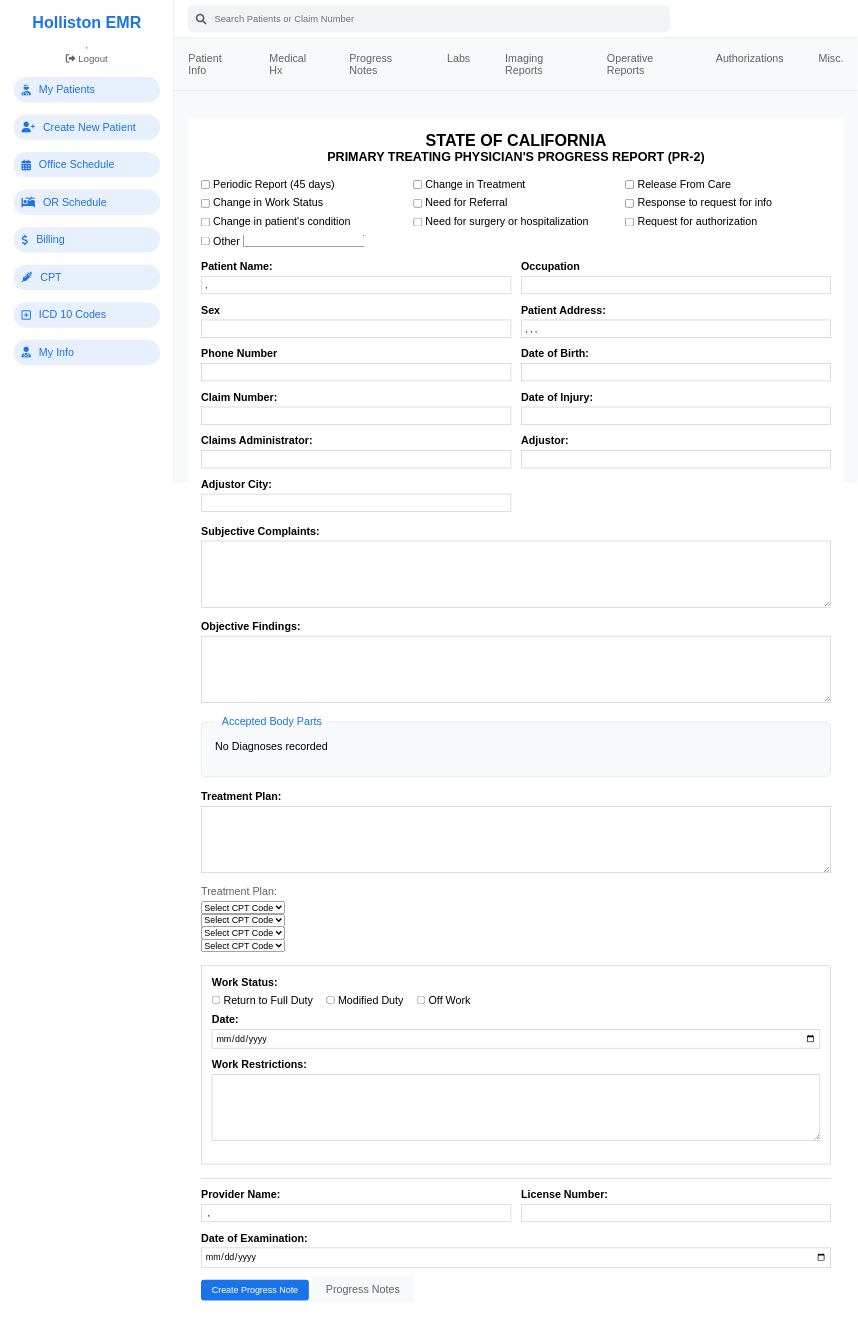
Repository: DavidG626/Flask-Project
Page: templates/create_progress_note.html
An editor plug-in stored every save of this project. The page is shown before and after the next save, followed by the edit.
The browser window is 1280 px wide. The pictures show the whole page, at 67% of full size.
Some web libraries are served in a nearby version. The page is served by the project's application, run on Flask 3 (tempCodeRunnerFile.py). Other server files are loaded and not shown. The template is opened directly, without the code that normally fills it, so the values that code supplies are empty.

Above is the page before, as saved 2025-03-13 22:25:26.

### templates/create_progress_note.html
<!DOCTYPE html>
<html lang="en">
<head>
   <meta charset="UTF-8">
   <meta name="viewport" content="width=device-width, initial-scale=1.0">
   <title>Create Progress Note</title>
   <link rel="stylesheet" type="text/css" href="/static/dashboard.css">
   <link rel="stylesheet" type="text/css" href="/static/patient_info.css">
   <link rel="stylesheet" type="text/css" href="/static/pr2.css">
   <link href="https://cdn.jsdelivr.net/npm/select2@4.1.0-rc.0/dist/css/select2.min.css" rel="stylesheet" />
   <script src="https://cdn.jsdelivr.net/npm/jquery@3.6.0/dist/jquery.min.js"></script>
   <script src="https://cdn.jsdelivr.net/npm/select2@4.1.0-rc.0/dist/js/select2.min.js"></script>
   <link href="https://cdnjs.cloudflare.com/ajax/libs/font-awesome/6.0.0/css/all.min.css" rel="stylesheet">
</head>
<body>
   <div class="container">
       <!-- Sidebar -->
       <aside class="sidebar">
           <div class="logo">Holliston EMR</div>
           <div class="logged-user">
               {{ current_user.first_name }} {{ current_user.last_name }}, {{ current_user.medical_title }}
               <a href="{{ url_for('dashboard.logout') }}" class="logout-link">
                   <i class="fas fa-sign-out-alt"></i> Logout
               </a>
           </div>
           <nav>
               <ul>
                   <li class="active">
                       <a href="{{ url_for('dashboard.my_patients') }}">
                           <i class="fas fa-user-injured"></i>My Patients
                       </a>
                   </li>
               </ul>
               <br>
               <ul>
                   <li class="active">
                       <a href="{{ url_for('dashboard.create_patient') }}">
                           <i class="fas fa-user-plus"></i>Create New Patient
                       </a>
                   </li>
               </ul>
               <br>
               <ul>
                   <li class="active"><a href=""><i class="fas fa-calendar-alt"></i>Office Schedule</a></li>
               </ul>
               <br>
               <ul>
                   <li class="active"><a href=""><i class="fas fa-procedures"></i>OR Schedule</a></li>
               </ul>
               <br>
               <ul>
                   <li class="active"><a href=""><i class="fas fa-dollar-sign"></i>Billing</a></li>
               </ul>
               <br>
               <ul>
                   <li class="active">
                       <a href="{{ url_for('cpt.cpt_codes') }}">
                           <i class="fas fa-syringe"></i>CPT
                       </a>
                   </li>
               </ul>
               <br>
               <ul>
                   <li class="active">
                       <a href="{{ url_for('icd10.icd10_codes') }}">
                           <i class="far fa-plus-square"></i>ICD 10 Codes
                       </a>
                   </li>
               </ul>
               <br>
               <ul>
                   <li class="active">
                       <a href="{{ url_for('dashboard.my_info') }}">
                           <i class="fas fa-user-md"></i>My Info
                       </a>
                   </li>
               </ul>
           </nav>
       </aside>

       <!-- Main Content -->
       <main>
           <header>
               <div class="search-bar">
                   <i class="fas fa-search"></i>
                   <form action="{{ url_for('dashboard.my_patients') }}" method="get">
                       <input type="text" name="search" placeholder="Search Patients or Claim Number">
                   </form>
               </div>
           </header>

           <!-- Patient Tabs -->
           <div class="patient-tabs">
                <a href="{{ url_for('dashboard.patient_detail', patient_id=patient.id) }}" class="tab">Patient Info</a>
                <a href="{{ url_for('dashboard.patient_medical_history', patient_id=patient.id) }}" class="tab">Medical Hx</a>
                <a href="{{ url_for('pr2.progress_notes', patient_id=patient.id) }}" class="tab active">Progress Notes</a>
                <a href="{{ url_for('labs.patient_labs', patient_id=patient.id) }}" class="tab">Labs</a>
                <a href="{{ url_for('imaging.patient_imaging', patient_id=patient.id) }}" class="tab">Imaging Reports</a>
                <a href="{{ url_for('operative.patient_operative_reports', patient_id=patient.id) }}" class="tab">Operative Reports</a>
                <a href="{{ url_for('auth.patient_authorizations', patient_id=patient.id) }}" class="tab">Authorizations</a>
                <a href="{{ url_for('misc.patient_misc', patient_id=patient.id) }}" class="tab">Misc.</a>
            </div>

           <div class="content">
            <div class="pr2-form">
                <div class="pr2-header">
                    <h2>STATE OF CALIFORNIA</h2>
                    <h3>PRIMARY TREATING PHYSICIAN'S PROGRESS REPORT (PR-2)</h3>
                </div>

                <form method="POST">
                    <!-- Report Type Section -->
                    <div class="checkbox-grid">
                        <div class="checkbox-item">
                            <input type="checkbox" name="is_periodic_report" id="periodic">
                            <label for="periodic">Periodic Report (45 days)</label>
                        </div>
                        <div class="checkbox-item">
                            <input type="checkbox" name="is_change_in_treatment" id="treatment">
                            <label for="treatment">Change in Treatment</label>
                        </div>
                        <div class="checkbox-item">
                            <input type="checkbox" name="is_release_from_care" id="release">
                            <label for="release">Release From Care</label>
                        </div>
                        <div class="checkbox-item">
                            <input type="checkbox" name="is_change_in_work_status" id="work">
                            <label for="work">Change in Work Status</label>
                        </div>
                        <div class="checkbox-item">
                            <input type="checkbox" name="is_need_for_referral" id="referral">
                            <label for="referral">Need for Referral</label>
                        </div>
                        <div class="checkbox-item">
                            <input type="checkbox" name="is_need_for_referral" id="referral">
                            <label for="referral">Response to request for info</label>
                        </div>
                        <div class="checkbox-item">
                            <input type="checkbox" name="is_need_for_referral" id="referral">
                            <label for="referral">Change in patient's condition</label>
                        </div>
                        <div class="checkbox-item">
                            <input type="checkbox" name="is_need_for_referral" id="referral">
                            <label for="referral">Need for surgery or hospitalization</label>
                        </div>
                        <div class="checkbox-item">
                            <input type="checkbox" name="is_need_for_referral" id="referral">
                            <label for="referral">Request for authorization</label>
                        </div>
                        <div class="checkbox-item">
                            <input type="checkbox" name="is_need_for_referral" id="referral">
                            <label for="referral">Other</label>
                            <input type="text">
                        </div>
                    </div>

                    <!-- Patient Information Section -->
                    <div class="patient-info-grid">
                        <div class="form-field">
                            <label>Patient Name:</label>
                            <input type="text" value="{{ patient.patient_last_name }}, {{ patient.patient_first_name }}" readonly>
                        </div>
                        <div class='form-field'>
                            <label>Occupation</label>
                            <input type="text" value="{{ patient.patient_occupation }}" readonly>
                        </div>

                        <div class='form-field'>
                            <label>Sex</label>
                            <input type="text" value="{{ patient.patient_sex }}" readonly>
                        </div>
                        <div class="form-field">
                            <label>Patient Address:</label>
                            <input type="text" value="{{ patient.patient_address }}, {{ patient.patient_city }}, {{ patient.patient_state }}, {{ patient.patient_zip_code }}" readonly>
                        </div>
                        <div class='form-field'>
                            <label>Phone Number</label>
                            <input type="text" value="{{ patient.patient_occupation }}" readonly>
                        </div>
                        <div class="form-field">
                            <label>Date of Birth:</label>
                            <input type="text" value="{{ patient.patient_date_of_birth.strftime('%m/%d/%Y') }}" readonly>
                        </div>
                        <div class="form-field">
                            <label>Claim Number:</label>
                            <input type="text" value="{{ patient.patient_claim_number }}" readonly>
                        </div>
                        <div class="form-field">
                            <label>Date of Injury:</label>
                            <input type="text" value="{{ patient.patient_date_of_injury.strftime('%m/%d/%Y') }}" readonly>
                        </div>
                        <div class="form-field">
                            <label>Claims Administrator:</label>
                            <input type="text" value="{{ patient.claims_admin.admin_name if patient.claims_admin else '' }}" readonly>
                        </div>
                        <div class="form-field">
                            <label>Adjustor:</label>
                            <input type="text" value="{{ patient.claims_admin.adjustor if patient.claims_admin else '' }}" readonly>
                        </div>
                        <div class="form-field">
                            <label>Adjustor City:</label>
                            <input type="text" value="{{ patient.claims_admin.adjustor_city if patient.claims_admin else '' }}" readonly>
                        </div>
                    </div>

                    <!-- Subjective Section -->
                    <div class="text-area-field">
                        <label>Subjective Complaints:</label>
                        <textarea name="subjective_complaints" required></textarea>
                    </div>

                    <!-- Objective Section -->
                    <div class="text-area-field">
                        <label>Objective Findings:</label>
                        <textarea name="objective_findings" required></textarea>
                    </div>


                    <fieldset>
                        <legend>Accepted Body Parts</legend>
                        <div class="form-group">
                            {% if patient.diagnoses %}
                                {% for diagnosis in patient.diagnoses %}
                                    <div class="info-item">
                                        <strong>{{ diagnosis.code }}</strong> - {{ diagnosis.description }}
                                    </div>
                                {% endfor %}
                            {% else %}
                                <div class="info-item">No Diagnoses recorded</div>
                            {% endif %}
                        </div>
                    </fieldset>






                    <!-- Treatment Plan Section -->
                    <div class="text-area-field">
                        <label>Treatment Plan:</label>
                        <textarea name="treatment_plan" required></textarea>
                    </div>




                    <!-- CPT Code Selection - 4 boxes in a row -->
                    <div class="form-group mt-3">


                            <!-- 4 CPT Code dropdown boxes -->
                            <div class="col-3">
                                <label>Treatment Plan:</label>
                                <select class="form-control" name="cpt_codes">
                                    <option value="">Select CPT Code</option>
                                    {% for cpt in cpt_codes %}
                                    <option value="{{ cpt.id }}">{{ cpt.code }} - {{ cpt.description }}</option>
                                    {% endfor %}
                                </select>
                            </div>
                            <div class="col-3">
                                <select class="form-control" name="cpt_codes">
                                    <option value="">Select CPT Code</option>
                                    {% for cpt in cpt_codes %}
                                    <option value="{{ cpt.id }}">{{ cpt.code }} - {{ cpt.description }}</option>
                                    {% endfor %}
                                </select>
                            </div>
                            <div class="col-3">
                                <select class="form-control" name="cpt_codes">
                                    <option value="">Select CPT Code</option>
                                    {% for cpt in cpt_codes %}
                                    <option value="{{ cpt.id }}">{{ cpt.code }} - {{ cpt.description }}</option>
                                    {% endfor %}
                                </select>
                            </div>
                            <div class="col-3">
                                <select class="form-control" name="cpt_codes">
                                    <option value="">Select CPT Code</option>
                                    {% for cpt in cpt_codes %}
                                    <option value="{{ cpt.id }}">{{ cpt.code }} - {{ cpt.description }}</option>
                                    {% endfor %}
                                </select>
                            </div>
                    </div>



                    <!-- Work Status Section -->
                    <div class="work-status-section">
                        <h4>Work Status:</h4>
                        <div class="work-status-options">
                            <div class="radio-item">
                                <input type="radio" name="work_status" value="full_duty" id="full_duty">
                                <label for="full_duty">Return to Full Duty</label>
                            </div>
                            <div class="radio-item">
                                <input type="radio" name="work_status" value="modified" id="modified">
                                <label for="modified">Modified Duty</label>
                            </div>
                            <div class="radio-item">
                                <input type="radio" name="work_status" value="off_work" id="off_work">
                                <label for="off_work">Off Work</label>
                            </div>
                        </div>
                        <div class="form-field">
                            <label>Date:</label>
                            <input type="date" name="work_status_date">
                        </div>
                        <div class="text-area-field" id="work-restrictions">
                            <label>Work Restrictions:</label>
                            <textarea name="work_restrictions"></textarea>
                        </div>
                    </div>

                    <!-- Provider Information Section -->
                    <div class="provider-section">
                        <div class="form-row">
                            <div class="form-field">
                                <label>Provider Name:</label>
                                <input type="text" value="{{ current_user.first_name }} {{ current_user.last_name }}, {{ current_user.medical_title }}" readonly>
                            </div>
                            <div class="form-field">
                                <label>License Number:</label>
                                <input type="text" value="{{ current_user.medical_license }}" readonly>
                            </div>
                        </div>
                        <div class="form-field">
                            <label>Date of Examination:</label>
                            <input type="date" name="date_of_exam" required>
                        </div>
                    </div><br>

                    <div class="form-buttons">
                        <button type="submit" class="save-btn" onclick="return confirmCreate()">Create Progress Note</button>
                        <a href="{{ url_for('pr2.progress_notes', patient_id=patient.id) }}" class="tab active">Progress Notes</a>
                    </div>

                     <!-- RFA Section - will be shown/hidden with JavaScript -->
        <div id="rfa_section" style="display: none;" class="pr2-form">
            <div class="pr2-header">
                <h3>REQUEST FOR AUTHORIZATION (RFA)</h3>
            </div>
            <div class="checkbox-grid">
                <div class="checkbox-item">
                    <input type="checkbox" id="is_new_request" name="is_new_request" checked>
                    <label for="is_new_request">New Request</label>
                </div>
                <div class="checkbox-item">
                    <input type="checkbox" id="is_resubmission" name="is_resubmission">
                    <label for="is_resubmission">Resubmission - Change in Material Facts</label>
                </div>
                <div class="checkbox-item">
                    <input type="checkbox" id="is_expedited" name="is_expedited">
                    <label for="is_expedited">Expedited Review</label>
                </div>
                <div class="checkbox-item">
                    <input type="checkbox" id="is_oral_confirmation" name="is_oral_confirmation">
                    <label for="is_oral_confirmation">Written confirmation of prior oral request</label>
                </div>
            </div>

            <!-- Selected Diagnoses (auto-populated) -->
            <div class="text-area-field">
                <label>Selected Diagnoses:</label>
                <div id="rfa_diagnoses_display" class="form-field">
                    <!-- Will be populated based on patient diagnoses -->
                    {% if patient.diagnoses %}
                        {% for diagnosis in patient.diagnoses %}
                        <div class="info-item">
                            <input type="hidden" name="rfa_diagnosis_ids[]" value="{{ diagnosis.id }}">
                            <strong>{{ diagnosis.code }}</strong> - {{ diagnosis.description }}
                        </div>
                        {% endfor %}
                    {% else %}
                        <div class="info-item">No Diagnoses recorded</div>
                    {% endif %}
                </div>
            </div>

            <!-- Selected CPT Codes (auto-populated) -->
            <div class="text-area-field">
                <label>Selected CPT Codes:</label>
                <div id="rfa_cpt_codes_display" class="form-field">
                    <!-- Will be populated dynamically by JavaScript -->
                    <div class="info-item text-muted">CPT codes will appear here when selected</div>
                </div>
            </div>

            <!-- Additional Information -->
            <div class="text-area-field">
                <label for="rfa_other_info">Other Information (Frequency, Duration, Quantity):</label>
                <textarea name="rfa_other_info" id="rfa_other_info" rows="2"></textarea>
            </div>
        </div>

                    <!-- JavaScript at the end of the main content -->
        <script>
            document.addEventListener('DOMContentLoaded', function() {
    // Get all CPT code select elements
    const cptSelects = document.querySelectorAll('select[name="cpt_codes"]');
    const rfaSection = document.getElementById('rfa_section');
    const rfaCptCodesDisplay = document.getElementById('rfa_cpt_codes_display');

    // Function to check if any CPT code is selected and update the RFA section
    function updateRfaSection() {
        let hasSelection = false;
        let selectedCptCodes = [];

        // Check each select element
        cptSelects.forEach(function(select) {
            if (select.value) {
                hasSelection = true;

                // Get CPT code details
                const cptId = select.value;
                const cptText = select.options[select.selectedIndex].text;

                // Add to array if not already included
                if (!selectedCptCodes.some(code => code.id === cptId)) {
                    selectedCptCodes.push({
                        id: cptId,
                        text: cptText
                    });
                }
            }
        });

        // Show or hide RFA section
        if (hasSelection) {
            rfaSection.style.display = 'block';

            // Update the CPT codes display
            rfaCptCodesDisplay.innerHTML = '';
            selectedCptCodes.forEach(function(cpt) {
                const cptItem = document.createElement('div');
                cptItem.className = 'info-item';
                cptItem.innerHTML = `
                    <input type="hidden" name="rfa_cpt_ids[]" value="${cpt.id}">
                    ${cpt.text}
                `;
                rfaCptCodesDisplay.appendChild(cptItem);
            });
        } else {
            rfaSection.style.display = 'none';
            rfaCptCodesDisplay.innerHTML = '<div class="info-item text-muted">CPT codes will appear here when selected</div>';
        }
    }

    // Add change event listeners to all CPT selects
    cptSelects.forEach(function(select) {
        select.addEventListener('change', updateRfaSection);
    });

    // Initial check in case CPT codes are pre-selected
    updateRfaSection();
});

function confirmCreate() {
    return confirm("IMPORTANT: Once created, this progress note cannot be deleted or edited due to HITECH regulations. If changes are needed later, you must create an addendum. Do you want to proceed?");
}


        </script>

       </main>
       </body>

Loaded but not shown: static/dashboard.css (410 lines, source omitted); tempCodeRunnerFile.py (97 lines, source omitted); static/patient_info.css (180 lines, source omitted); static/pr2.css (154 lines, source omitted)

After the next save:
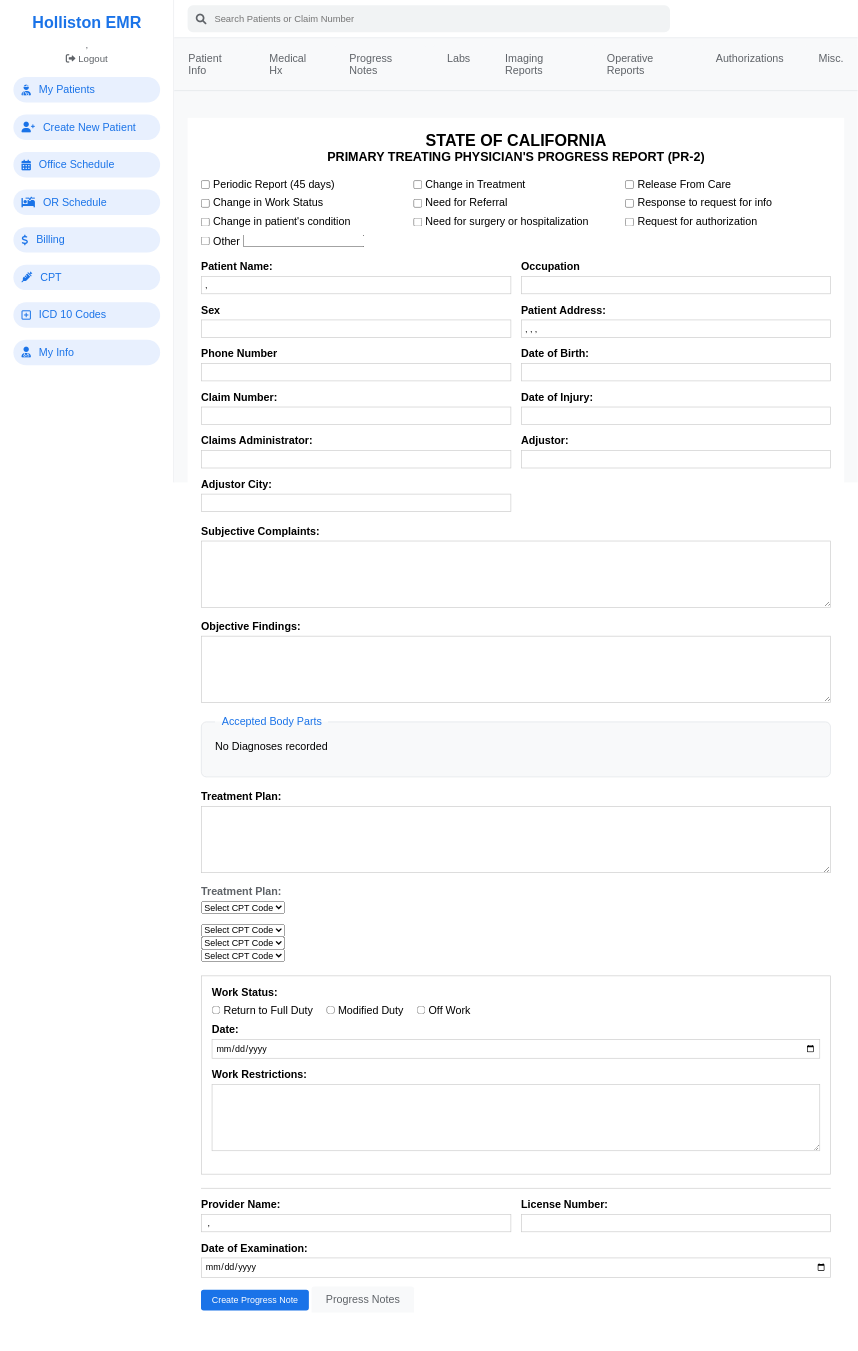
Saved 18 s later.
--- a/templates/create_progress_note.html
+++ b/templates/create_progress_note.html
@@ -250,7 +250,7 @@
 
 
                             <!-- 4 CPT Code dropdown boxes -->
-                            <div class="col-3">
+                            <div class="text-area-field">
                                 <label>Treatment Plan:</label>
                                 <select class="form-control" name="cpt_codes">
                                     <option value="">Select CPT Code</option>
